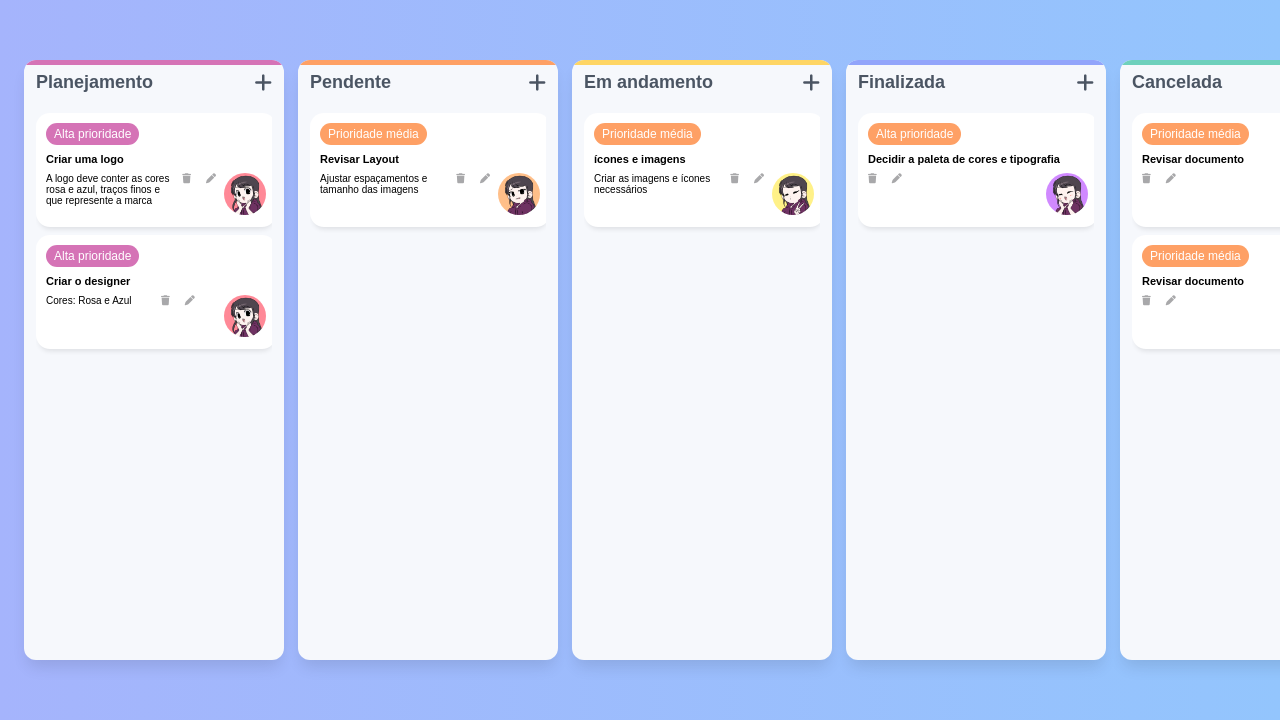
Repository: Marinalr-25/ProjetoToDoList
Page: index.html
These files come from the project's save history. The page is drawn as it stood at one moment and after the next save; the edit follows.
The browser window is 1280 px wide. The pictures show the whole page.
Some web fonts or font styles are not loaded; a fallback is used. Some web libraries are served in a nearby version.

Above is the page before, as saved 2025-01-29 13:31:20.

After the next save:
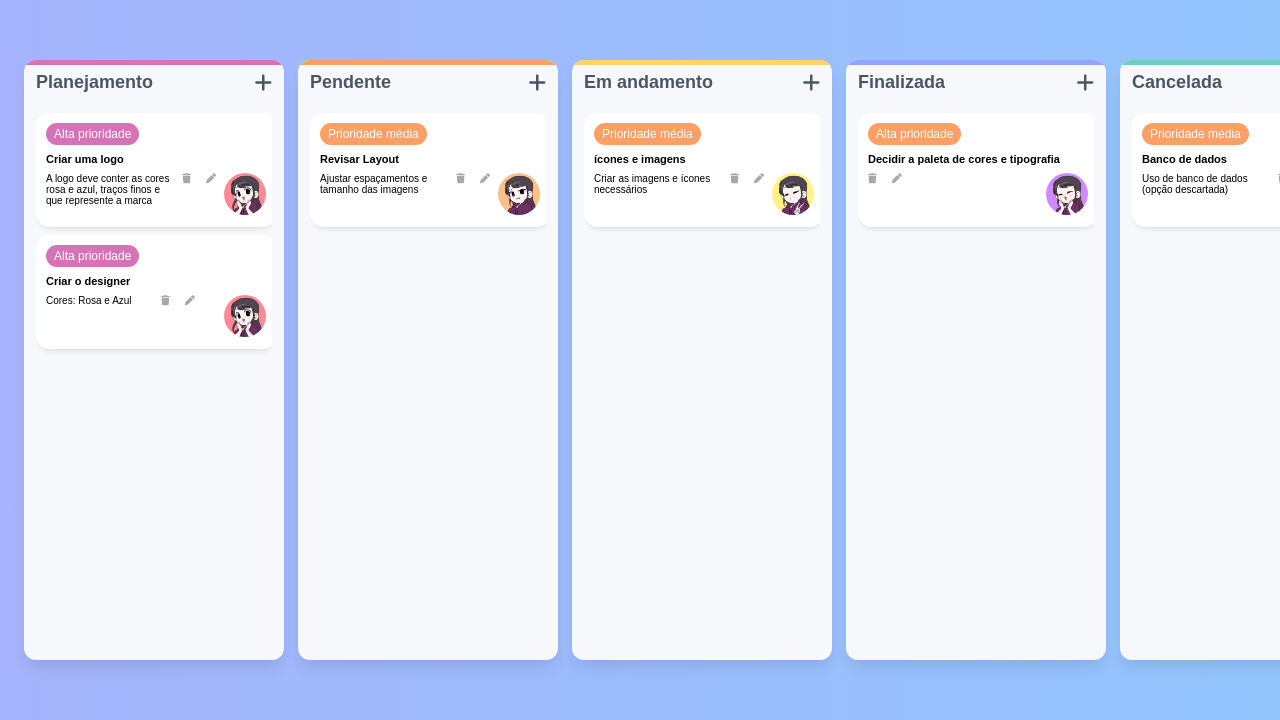
Saved 44 s later.
--- a/index.html
+++ b/index.html
@@ -167,8 +167,9 @@
             <div class="badge medium">
               <span id="propriedadeSelecionada">Prioridade média</span>
             </div>
-            <p class="card-title">Revisar documento</p>
-            <div class="card-infos">
+            <p class="card-title">Banco de dados</p>
+            <div class="card-infos">
+              Uso de banco de dados (opção descartada)
               <div class="card-icons">
                 <p>
                   <i class="fa-solid fa-trash"></i>
@@ -179,25 +180,6 @@
               </div>
               <div class="user">
                 <img src="images/iconePerfilCancelada.png" alt="avatarTarefaCancelada" />
-              </div>
-            </div>
-          </div>
-          <div class="kanban-card" draggable="true">
-            <div class="badge medium">
-              <span id="propriedadeSelecionada">Prioridade média</span>
-            </div>
-            <p class="card-title">Revisar documento</p>
-            <div class="card-infos">
-              <div class="card-icons">
-                <p>
-                  <i class="fa-solid fa-trash"></i>
-                </p>
-                <p>
-                  <i class="fa-solid fa-pen"></i>
-                </p>
-              </div>
-              <div class="user">
-                <img src="images/iconePerfilCancelada.png" alt="avatar2" />
               </div>
             </div>
           </div>
